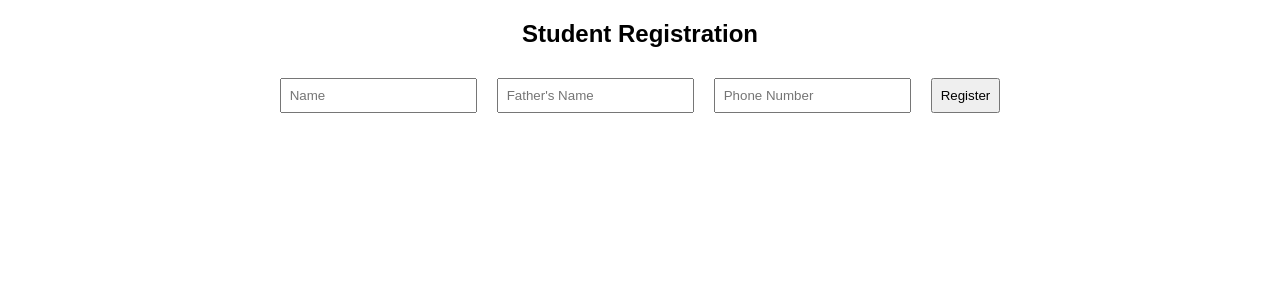
Repository: pripriya09/StudentID-Card-Download
Page: / (app in frontend/)
The author's editor kept a copy of each file at every save. The page is drawn from the files as they stood at one save, then again after the next save.
The browser window is 1280 px wide. The pictures show the whole page.
The project was rebuilt for these pictures with package versions that can differ from the ones it lists, and the page was loaded fresh each time. Also part of the build but not shown: frontend/vite.config.js.

Above is the page before, as saved 2025-01-07 11:20:59.

After the next save:
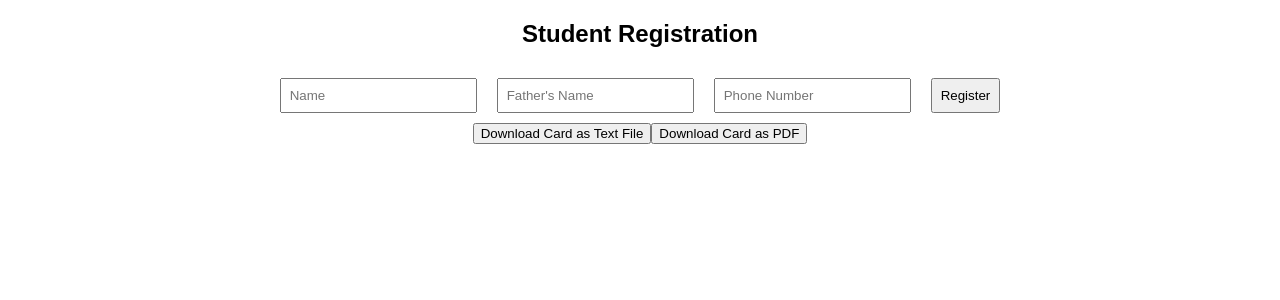
Saved 3 min 56 s later.
--- a/frontend/src/Form.jsx
+++ b/frontend/src/Form.jsx
@@ -8,24 +8,22 @@
     fatherName: "",
     phoneNumber: "",
   });
-  const [registrationNumber, setRegistrationNumber] = useState("");
   const [studentData, setStudentData] = useState(null);
-
 
   const handleSubmit = async (e) => {
     e.preventDefault();
 
     try {
-
-      const response = await axios.post("http://localhost:6009/api/students", formData);
+      const response = await axios.post(
+        "http://localhost:6009/api/students",
+        formData
+      );
       const result = response.data;
-
 
       setStudentData({
         ...formData,
         registrationNumber: result.registrationNumber,
       });
-
 
       setFormData({
         name: "",
@@ -41,48 +39,8 @@
     setFormData({ ...formData, [e.target.name]: e.target.value });
   };
 
-
-//   const handleSearch = async (e) => {
-//     e.preventDefault();
-
-//     try {
-//       const response = await axios.get(`http://localhost:6009/api/students/${registrationNumber}`);
-//       const result = response.data;
-
-
-//       if (result) {
-//         setStudentData(result);
-//       } else {
-//         alert("Student not found!");
-//       }
-
-//       setRegistrationNumber("");
-//     } catch (error) {
-//       console.error("Error fetching data:", error);
-//     }
-//   };
-
-//  const handleDownload = () => {
-//     if (studentData) {
-//       const fileData = JSON.stringify(studentData, null, 2);
-//       const blob = new Blob([fileData], { type: "application/json" });
-//       const link = document.createElement("a");
-//       link.href = URL.createObjectURL(blob);
-//       link.download = `${studentData.registrationNumber}_ID_Card.json`; // Filename based on registration number
-//       link.click();
-
-//       setFormData({
-//         name: "",
-//         fatherName: "",
-//         phoneNumber: "",
-//       });
-//       setStudentData(null);
-//     }
-//   };
-
-  const handleDownloadtext = () => {
+  const handleDownloadText = () => {
     if (studentData) {
-
       const fileData = `
         Name: ${studentData.name}
         Father's Name: ${studentData.fatherName}
@@ -94,38 +52,27 @@
       link.href = URL.createObjectURL(blob);
       link.download = `${studentData.registrationNumber}_ID_Card.txt`;
       link.click();
-
-      setFormData({
-        name: "",
-        fatherName: "",
-        phoneNumber: "",
-      });
-      setStudentData(null);
     }
   };
 
-
-  function handleDownloadPDF() {
+  const handleDownloadPDF = () => {
     if (studentData) {
-      let PDFdocument = new jsPDF();
+      const pdf = new jsPDF();
       const studentInfo = `
         Student ID Card
         Name: ${studentData.name}
         Father's Name: ${studentData.fatherName}
         Phone: ${studentData.phoneNumber}
-        Registration Number: ${studentData.registrationNumber}
-      `;
+        Registration Number: ${studentData.registrationNumber}`;
 
-      PDFdocument.text(studentInfo, 10, 10);
-      PDFdocument.save(`${studentData.registrationNumber}_ID_Card.pdf`);
-      PDFdocument = null;
+      pdf.text(studentInfo, 10, 10);
+      pdf.save(`${studentData.registrationNumber}_ID_Card.pdf`);
     }
-  }
+  };
 
   return (
     <div className="App">
       <h2>Student Registration</h2>
-
 
       <form onSubmit={handleSubmit}>
         <input
@@ -155,31 +102,41 @@
         <button type="submit">Register</button>
       </form>
 
+      {studentData && (
+        <div className="student_id">
+          <div className="top_section">
+            <div className="profile_photo">
+              <img
+                src="https://upload.wikimedia.org/wikipedia/commons/thumb/a/af/Arnold_Schwarzenegger_by_Gage_Skidmore_4.jpg/220px-Arnold_Schwarzenegger_by_Gage_Skidmore_4.jpg"
+                alt="Profile Photo"
+              />
+            </div>
+            <div className="student_name">
+              <ul className="student_info">
+                <li className="name">Name: {studentData.name}</li>
+                <li className="name">
+                  Father's Name: {studentData.fatherName}
+                </li>
+              </ul>
+            </div>
+          </div>
 
-      {/* <h2>Search by Registration Number</h2>
-      <form onSubmit={handleSearch}>
-        <input
-          type="text"
-          placeholder="Enter Registration Number"
-          value={registrationNumber}
-          onChange={(e) => setRegistrationNumber(e.target.value)}
-          required
-        />
-        <button type="submit">Search</button>
-      </form> */}
-{/* --------------------------------------------------display data -->> */}
-      {studentData && (
-        <div className="id-card">
-          <h3>ID Card</h3>
-          <p>Name: {studentData.name}</p>
-          <p>Father's Name: {studentData.fatherName}</p>
-          <p>Phone Number: {studentData.phoneNumber}</p>
-          <p>Registration Number: {studentData.registrationNumber}</p>
-          {/* <button onClick={handleDownload}>Download ID Card</button> */}
-           <button onClick={handleDownloadtext}>Download Card In txtfile</button>
-           <button onClick={handleDownloadPDF}>Download Card In PDF</button>
+          <div className="bottom_section">
+            <div className="student_details">
+              <ul>
+                <li>
+                  <span className="bold">ID:</span>{" "}
+                  {studentData.registrationNumber}
+                </li>
+              </ul>
+            </div>
+          </div>
         </div>
       )}
+      <div className="buttons">
+        <button onClick={handleDownloadText}>Download Card as Text File</button>
+        <button onClick={handleDownloadPDF}>Download Card as PDF</button>
+      </div>
     </div>
   );
 };
